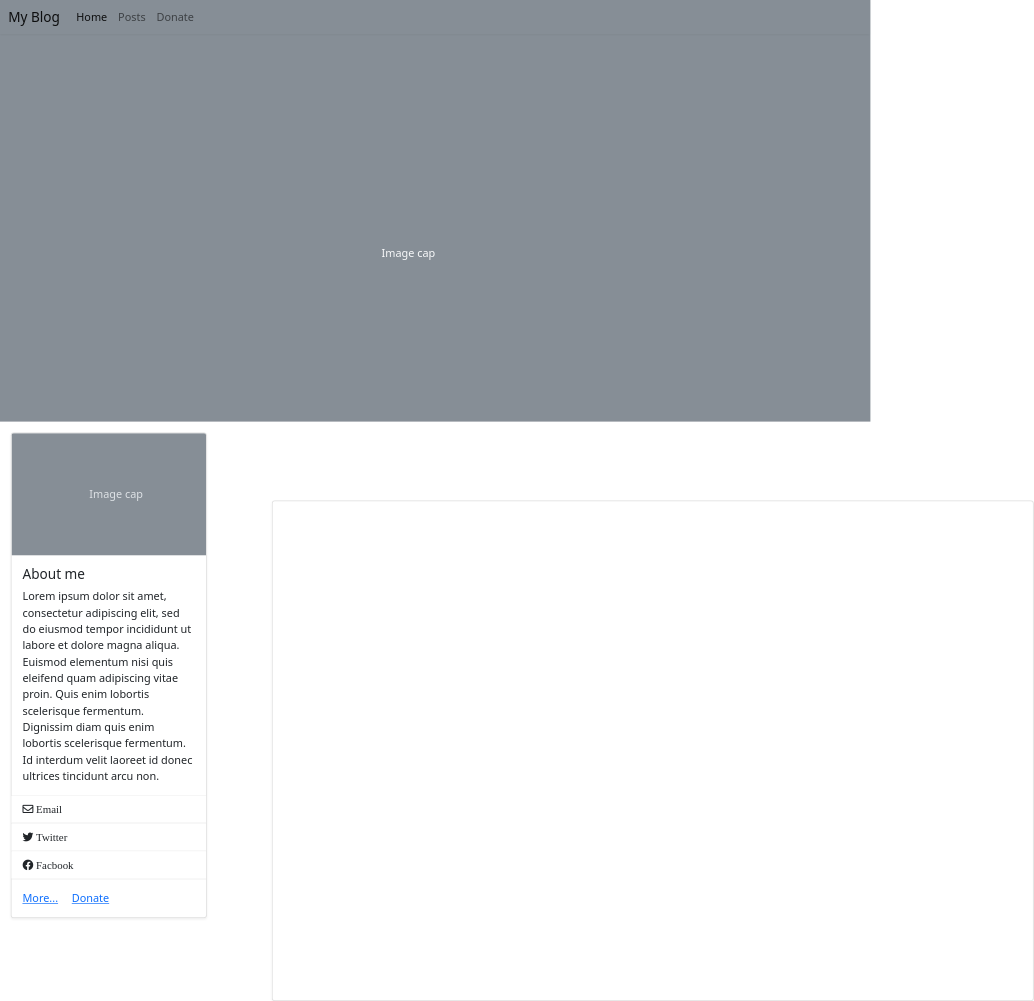
Repository: LublubXT/Azi-Tec-Team
Page: views/templates/blogs/personalblog/home.html
The author's editor kept a copy of each file at every save. The page is drawn from the files as they stood at one save, then again after the next save.
The browser window is 1280 px wide. The page is 1520 px wide, so the pictures cover 1520 px, including what lies to the right of the window. The pictures show the whole page, at 68% of full size.

Above is the page before, as saved 2021-03-11 08:17:08.

After the next save:
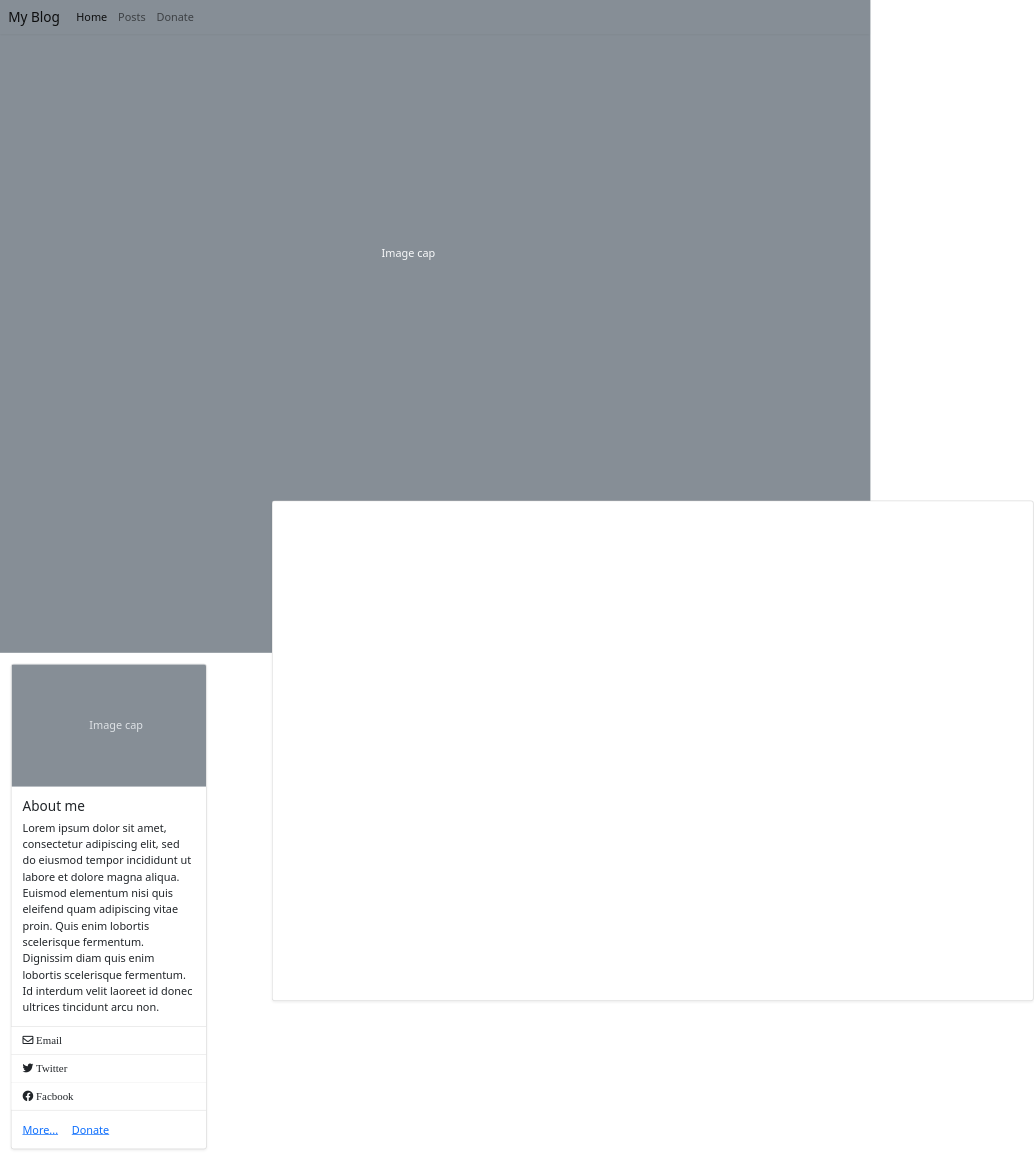
Saved 35 s later.
--- a/views/templates/blogs/personalblog/css/style.css
+++ b/views/templates/blogs/personalblog/css/style.css
@@ -5,7 +5,7 @@ body {
 
 .header {
     max-width: 100%;
-    height: 620px;
+    height: 60rem;
 }
 
 .imgDiv {
